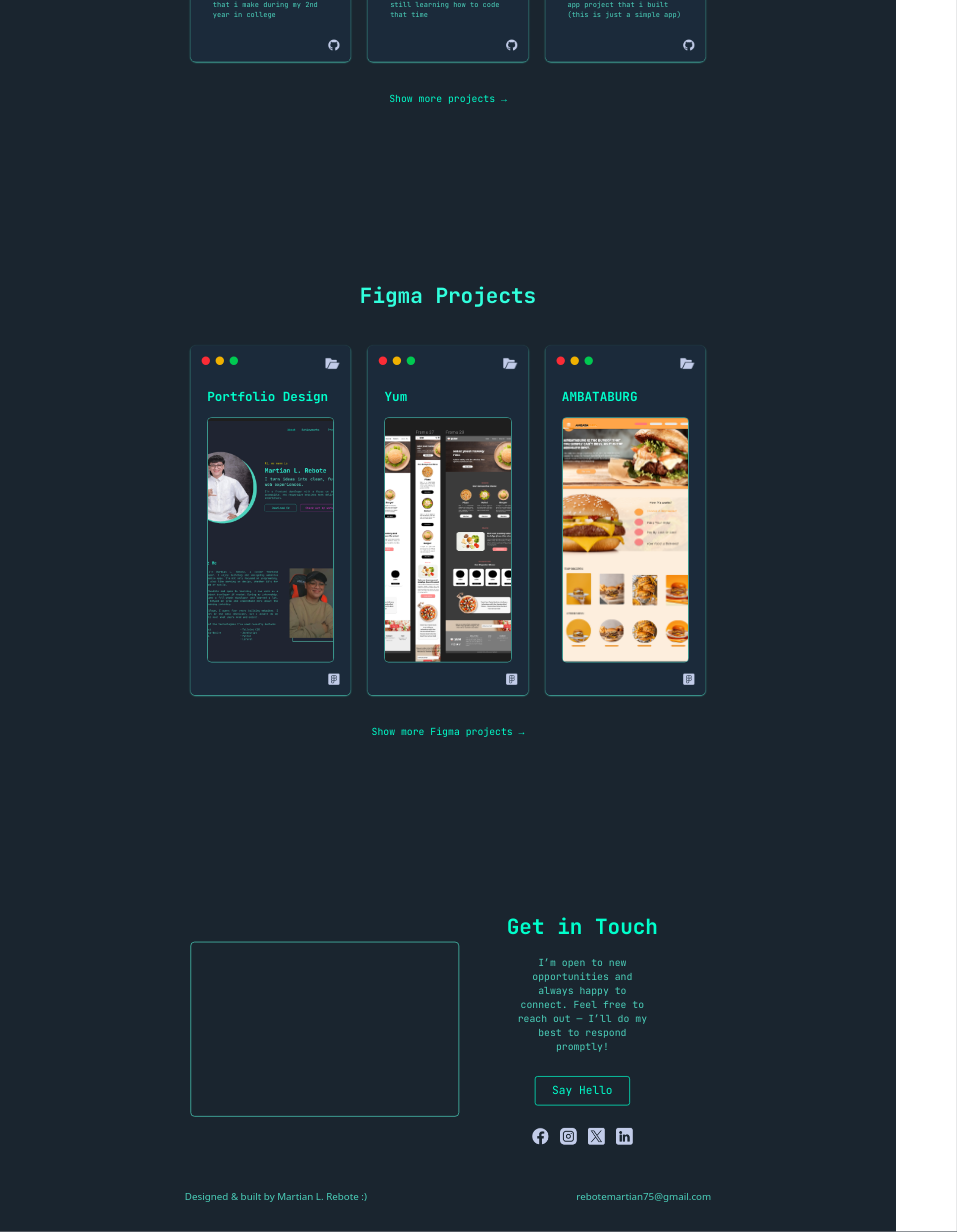
Repository: m4rsu-code/Portfolio
Page: / (app in my-portfolio/)
These files come from the project's save history. The page is drawn as it stood at one moment and after the next save; the edit follows.
The browser window is 1280 px wide. The page is 1367 px wide, so the pictures cover 1367 px, including what lies to the right of the window. The pictures show the part of the page from y = 3295 to 5055 px (the page is 5055 px tall), at 70% of full size.
The project was rebuilt for these pictures with package versions that can differ from the ones it lists, and the page was loaded fresh each time. Also part of the build but not shown: my-portfolio/vite.config.js, my-portfolio/src/assets/components/Modal/AchievementModal.jsx, my-portfolio/src/AchievementsPage.jsx, my-portfolio/src/ProjectPage.jsx, my-portfolio/src/FigmaProjectsPage.jsx.

Above is the page before, as saved 2025-08-04 18:30:01.

After the next save:
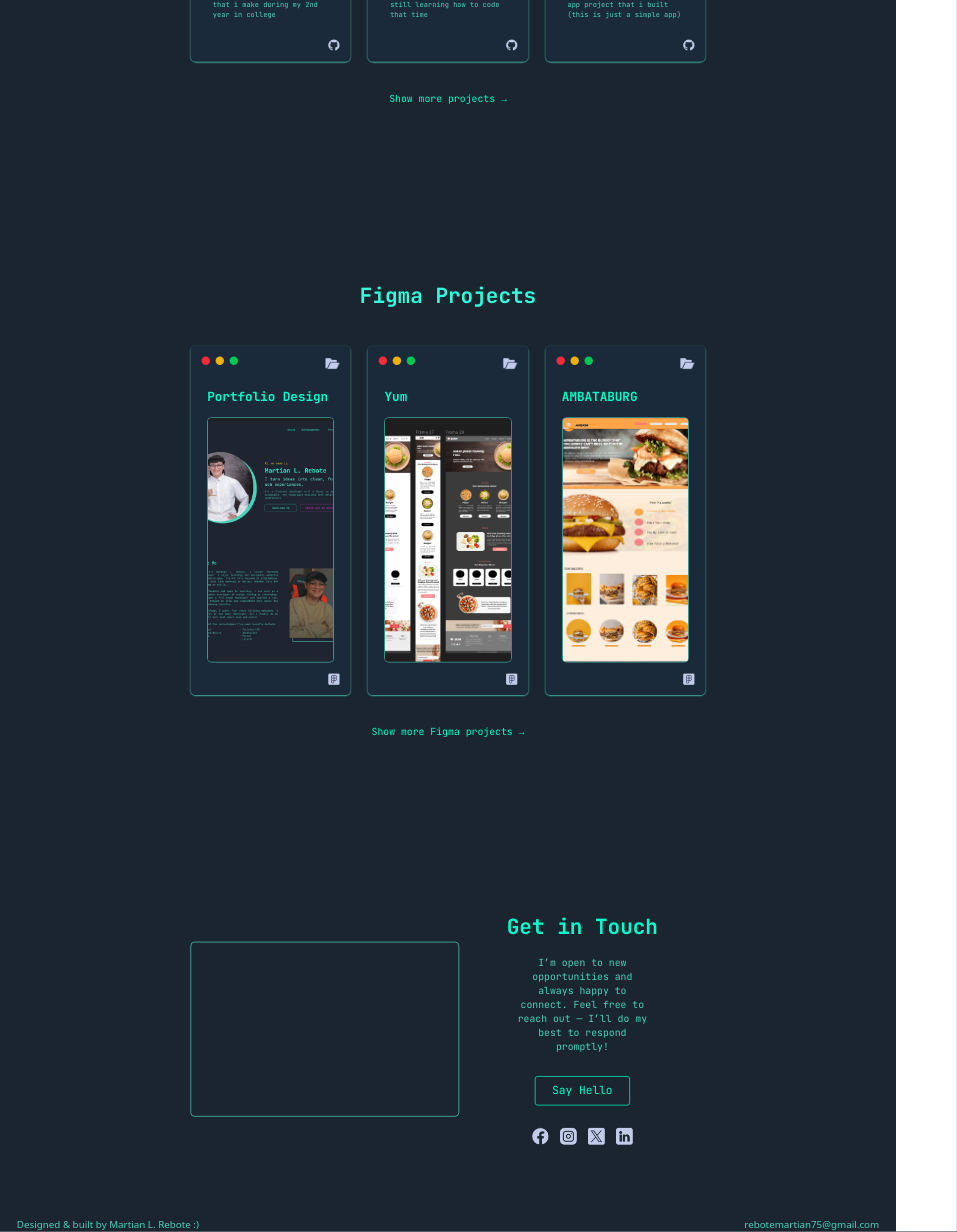
Saved 14 s later.
--- a/my-portfolio/src/App.jsx
+++ b/my-portfolio/src/App.jsx
@@ -366,15 +366,6 @@ function App() {
             </div>
           </div>
         </div>
-
-        {/* Footer */}
-        <footer className="text-[#4CD2BC] text-sm  flex items-center justify-between px-6">
-          <span>Designed & built by Martian L. Rebote :)</span>
-          <a href="mailto:rebotemartian75@gmail.com" className="text-[#4CD2BC] hover:underline">
-            rebotemartian75@gmail.com
-          </a>
-        </footer>
-
         {/* Modal */}
         {isModalOpen && selectedAchievement && (
           <AchievementModal
@@ -386,6 +377,13 @@ function App() {
           />
         )}
       </div>
+      {/* Footer */}
+        <footer className="text-[#4CD2BC] text-sm flex items-center justify-between px-6">
+          <span>Designed & built by Martian L. Rebote :)</span>
+          <a href="mailto:rebotemartian75@gmail.com" className="text-[#4CD2BC] hover:underline">
+            rebotemartian75@gmail.com
+          </a>
+        </footer>
     </div>
   );
 }
